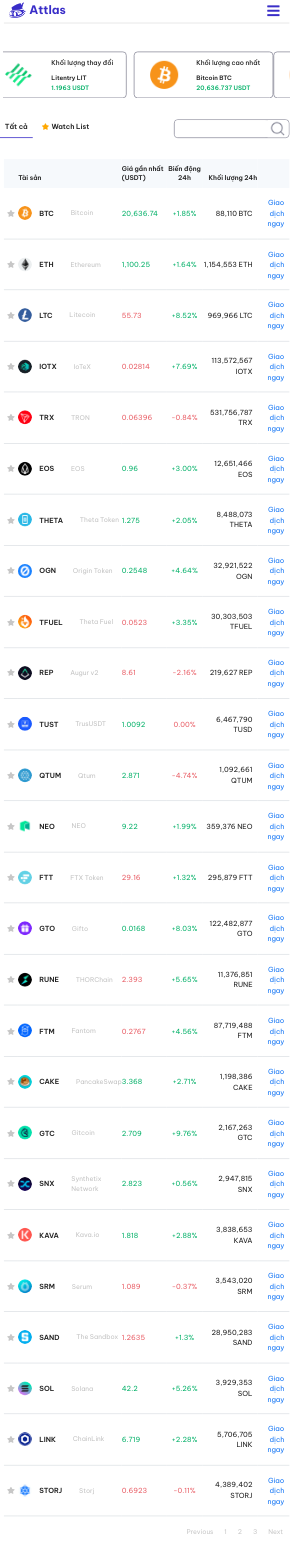
Repository: 1509Long/1509long.github.io
Page: techmaster-test/homepage.html
These files come from the project's save history. The page is drawn as it stood at one moment and after the next save; the edit follows.
The browser window is 375 px wide. The pictures show the whole page, at 78% of full size.

Above is the page before, as saved 2022-07-19 17:25:34.

After the next save:
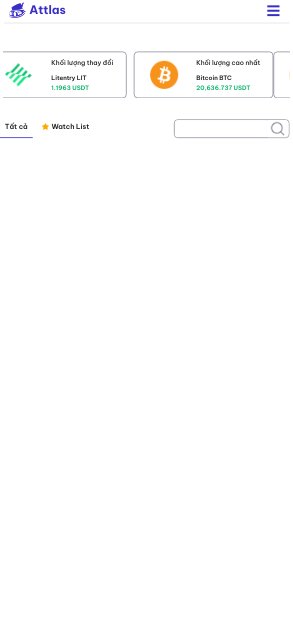
Saved 44 s later.
--- a/techmaster-test/homepage.css
+++ b/techmaster-test/homepage.css
@@ -73,7 +73,13 @@
 }
 
 @media screen and (max-width : 575px) {
-
+    .table-5-cells {
+        display: block;
+    }
+
+    .table-6-cells {
+        display: none;
+    }
 }
 
 /* 4 div in header */
